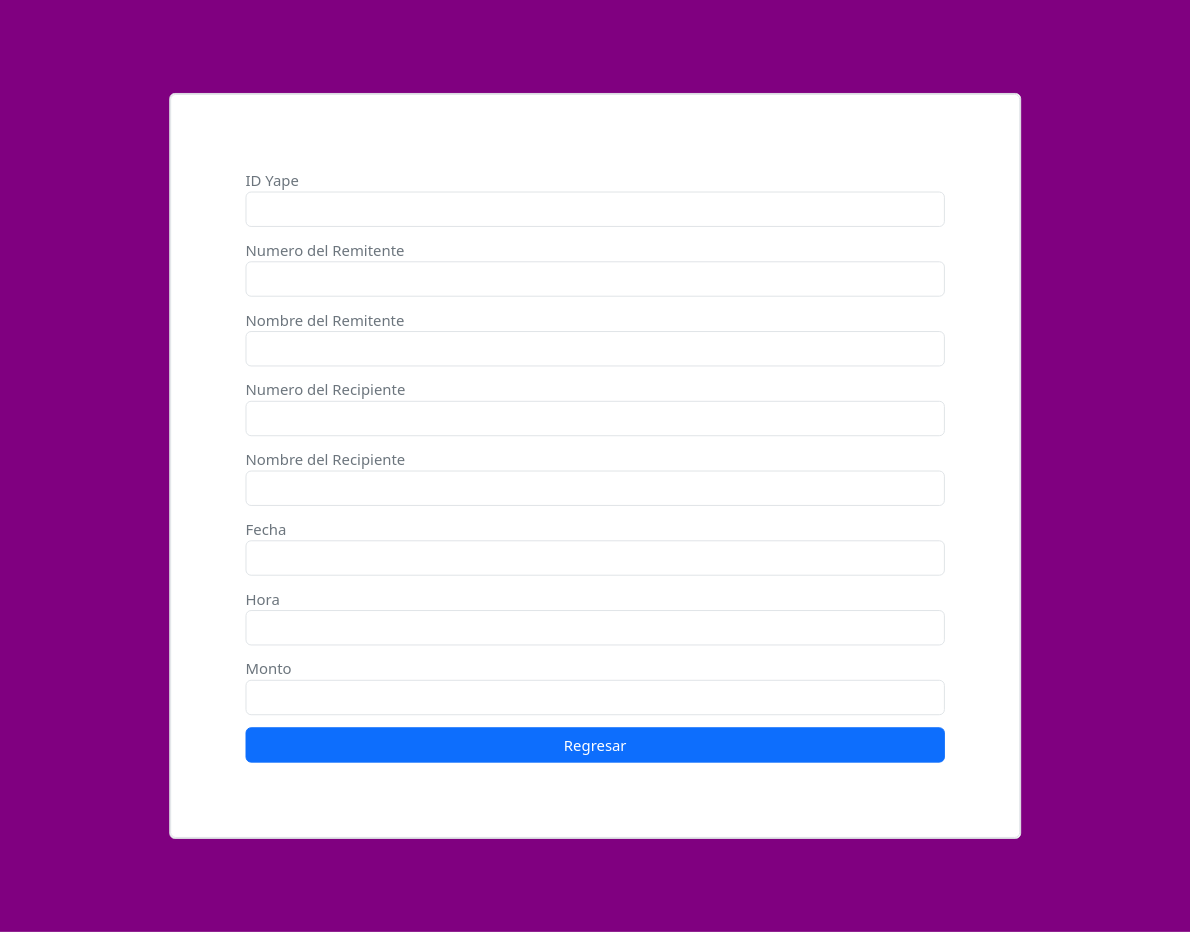
Repository: Gimblet/LP1_Proyecto_Yape
Page: http://localhost/Yape/YapeInfo.jsp
The author's editor kept a copy of each file at every save. The page is drawn from the files as they stood at one save, then again after the next save.
The browser window is 1280 px wide. The pictures show the whole page, at 93% of full size.
The page is served by Tomcat 9.

Above is the page before, as saved 2024-05-03 01:54:29.

After the next save:
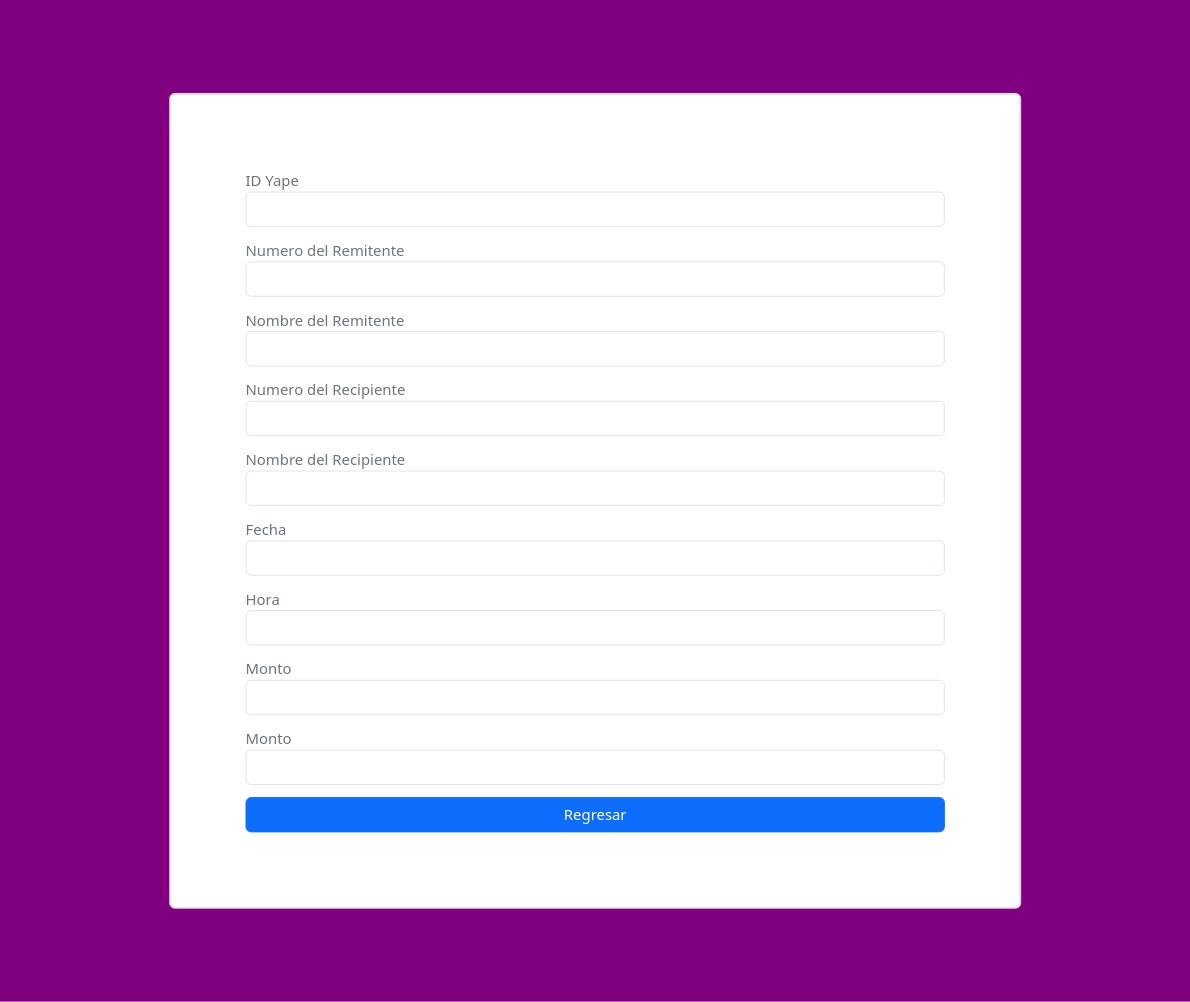
Saved 12 h 1 min later.
--- a/Yape/src/main/webapp/YapeInfo.jsp
+++ b/Yape/src/main/webapp/YapeInfo.jsp
@@ -68,6 +68,10 @@
 				<label class="text-secondary">Monto</label>
 				<input class="form-control" type="text" name="txtDocente" value="<%= (item != null)? item.getMontoRecipiente():"" %>">
 			</div>
+			<div class="form-group">
+				<label class="text-secondary">Monto</label>
+				<input class="form-control" type="text" name="txtDocente" value="<%= (item != null)? item.getMontoRecipiente():"" %>">
+			</div>
 			<a href="Servlet?type=Volver" class="btn btn-primary">Regresar</a>
 		</form>
 	</main>
